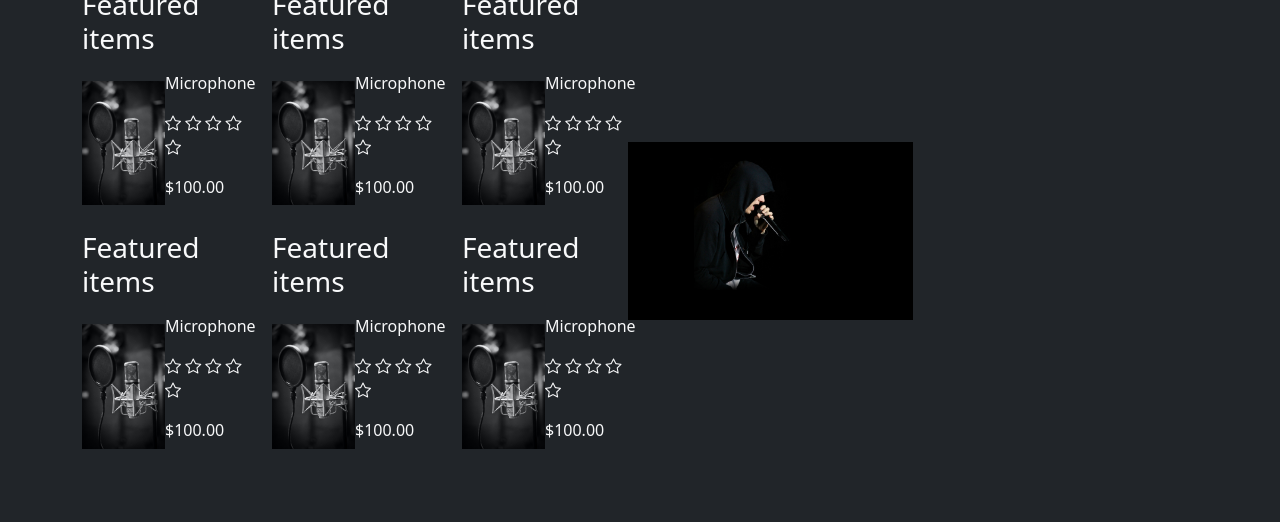
Repository: Eugene44-hub/music-workshop-site
Page: index.html
The author's editor kept a copy of each file at every save. The page is drawn from the files as they stood at one save, then again after the next save.
The browser window is 1280 px wide. The pictures show the part of the page from y = 1393 to 1915 px (the page is 1915 px tall).
A picture or video elsewhere on the page could not be fetched, so the positions and the page height are approximate. Some web libraries are served in a nearby version.

Above is the page before, as saved 2021-10-24 14:34:30.

### index.html
<!DOCTYPE html>
<html lang="en">

<head>
    <meta charset="UTF-8">
    <meta http-equiv="X-UA-Compatible" content="IE=edge">
    <meta name="viewport" content="width=device-width, initial-scale=1.0">
    <title>Document</title>
    <link rel="stylesheet" href="style.css">
    <!-- CSS only -->
    <link href="https://cdn.jsdelivr.net/npm/bootstrap@5.1.3/dist/css/bootstrap.min.css" rel="stylesheet" integrity="sha384-1BmE4kWBq78iYhFldvKuhfTAU6auU8tT94WrHftjDbrCEXSU1oBoqyl2QvZ6jIW3" crossorigin="anonymous">
    <link rel="stylesheet" href="https://cdn.jsdelivr.net/npm/bootstrap-icons@1.6.1/font/bootstrap-icons.css">
</head>

<body class="bg-dark p-md-5 p-3">
    <!-- registeration starts  -->
    <section id="registration">
        <div class="container">
            <div class="d-lg-flex text-white bg-black align-items-center" id="regImg">
                <div id="regText" class="col-md text-center p-5">
                    <h2 id="musicheader" class="text-uppercase fs-2">
                        music workshop </h2>
                    <p class="text-danger"> free Workshop and classes</p>
                    <p class="text-secondary">Website services that aren't tailored to your users create missed oppurtunities. the structure and flow of your website should be logical and</p>
                    <div class="mt-5">
                        <button class="btn btn-danger mx-2">Register Now</button>
                        <button class="btn text-light mx-2"><i class="bi bi-caret-down-fill"></i> PLAY VIDEO</button>
                    </div>
                </div>
                <div class="col-md"> <img src="images/eminem.jpg" alt="" class="img-fluid"></div>

            </div>
        </div>
    </section>
    <!-- registeration ends  -->

    <!-- whats new starts -->
    <section class="text-light">
        <div class="container">
            <h2 id="new" class='text-center text-light fs-3 my-5'>What's new</h2>
            <div class="d-lg-flex row-sm  align-items-stretch">
                <div class="col-sm-6 col-lg m-auto">
                    <img src="images/microphone.jpg" class="img-fluid" alt="">
                </div>
                <div id="protextContain" class=" mx-sm-auto col-sm-6 col-lg py-5 py-lg-0 position-relative d-flex border-top border-danger ms-lg-3 mt-5 mt-lg-0">
                    <div id="proText" class="my-lg-auto ">
                        <h4 class="lead">
                            PRO SILENT <br> SYMPHONY
                        </h4>
                        <small>june 2021 By unik creative</small>
                        <p class="mt-5">site services that <br> aren't tailored</p>
                    </div>
                </div>
                <div class="col-sm-6 col-lg m-auto">
                    <img src="images/microphone.jpg" class="img-fluid" alt="">
                </div>
                <div id=protextContain class="mx-sm-auto col-sm-6 col-lg py-5 py-lg-0 position-relative d-flex border-top border-danger ms-lg-3 mt-5 mt-lg-0">
                    <div id="proText" class="my-lg-auto ">
                        <h4 class="lead">
                            PRO SILENT <br> SYMPHONY
                        </h4>
                        <small>june 2021 By unik creative</small>
                        <p class="mt-5">site services that <br> aren't tailored</p>
                    </div>

                </div>
                <div class="col-sm-6 col-lg m-auto">
                    <img src="images/microphone.jpg" class="img-fluid" alt="">
                </div>

                <div id=protextContain class="mx-sm-auto col-sm-6 col-lg py-5 py-lg-0 position-relative d-flex border-top border-danger ms-lg-3 mt-5 mt-lg-0">
                    <div id="proText" class="my-lg-auto ">
                        <h4 class="lead">
                            PRO SILENT <br> SYMPHONY
                        </h4>
                        <small>june 2021 By unik creative</small>
                        <p class="mt-5">site services that <br> aren't tailored</p>
                    </div>

                </div>
            </div>
        </div>

    </section>
    <!-- whats new ends -->

    <!-- newletter section starts -->
    <section class="text-light ">
        <div class="container">
            <div class="d-lg-flex">
                <div class="col-md bg-danger d-flex p-5 m-auto newsletter">
                    <div class="m-auto">
                        <h2>SUBSCRIBE TO OUR NEWS LETTER</h2>
                        <p>subscribe to our News Letter to get the latest news about our products</p>
                        <input type="text" class="form-control">
                    </div>

                </div>
                <div class="col-md d-flex  p-5 newsletter" id="eminemBack">
                    <div class="m-auto ">
                        <h1 class="text-danger text-center" style="font-size:80px">"</h1>
                        <p class="text-center lead ">Website services that aren't tailored to your users create missed opputunities. The structure and flow of your website should be logical and straightforward
                        </p>
                        <div class="d-flex  align-items-center justify-content-center">
                            <img src="http://randomuser.me/api/portraits/men/4.jpg" class="rounded-circle img-fluid mx-2 " alt="">
                            <div class='mx-2'>
                                <h4>Lung Li</h3>
                                    <small>Singer</small>
                            </div>

                        </div>

                    </div>
                </div>
            </div>
        </div>
    </section>
    <!-- newletter section ends -->

    <!-- items starts-->
    <section class="text-light">
        <div class="container ">
            <div class="d-lg-flex align-items-center col pt-5">
                <div class="row col pt-5">
                    <div class="col-md-4 col-7 col-lg-4 m-auto m-md-0 py-3 pt-md-0 ">
                        <h3 class="mb-5 mb-md-3">Featured items</h3>
                        <div class="d-md-flex align-items-center">
                            <div> <img src="images/microphone.jpg" class="img-fluid" alt=""></div>

                            <div class="col-6">
                                <p>Microphone</p>
                                <p>
                                    <i class="bi bi-star"></i>
                                    <i class="bi bi-star"></i>
                                    <i class="bi bi-star"></i>
                                    <i class="bi bi-star"></i>
                                    <i class="bi bi-star"></i>
                                </p>
                                <p>$100.00</p>
                            </div>

                        </div>

                    </div>

                    <div class="col-md-4 col-7 col-lg-4 m-auto py-3 pt-md-0">
                        <h3 class="mb-5 mb-md-3">Featured items</h3>

                        <div class="d-md-flex align-items-center">
                            <div class="col"> <img src="images/microphone.jpg" class="img-fluid" alt=""></div>

                            <div class="col-6">
                                <p class="">Microphone</p>
                                <p>
                                    <i class="bi bi-star"></i>
                                    <i class="bi bi-star"></i>
                                    <i class="bi bi-star"></i>
                                    <i class="bi bi-star"></i>
                                    <i class="bi bi-star"></i>
                                </p>
                                <p>$100.00</p>
                            </div>

                        </div>
                    </div>
                    <div class="col-md-4 col-7 col-lg-4 m-auto py-3 pt-md-0">
                        <h3 class="mb-5 mb-md-3">Featured items</h3>

                        <div class="d-md-flex align-items-center">
                            <div> <img src="images/microphone.jpg" class="img-fluid" alt=""></div>

                            <div class="col-6">
                                <p>Microphone</p>
                                <p>
                                    <i class="bi bi-star"></i>
                                    <i class="bi bi-star"></i>
                                    <i class="bi bi-star"></i>
                                    <i class="bi bi-star"></i>
                                    <i class="bi bi-star"></i>
                                </p>
                                <p>$100.00</p>
                            </div>
                        </div>
                    </div>

                    <div class="col-md-4 col-7 col-lg-4 m-auto py-3 pt-md-0">
                        <h3 class="mb-5 mb-md-3">Featured items</h3>

                        <div class="d-md-flex align-items-center">
                            <div> <img src="images/microphone.jpg" class="img-fluid" alt=""></div>

                            <div class="col-6">
                                <p>Microphone</p>
                                <p>
                                    <i class="bi bi-star"></i>
                                    <i class="bi bi-star"></i>
                                    <i class="bi bi-star"></i>
                                    <i class="bi bi-star"></i>
                                    <i class="bi bi-star"></i>
                                </p>
                                <p>$100.00</p>
                            </div>

                        </div>

                    </div>

                    <div class="col-md-4 col-7 col-lg-4 m-auto py-3 pt-md-0">
                        <h3 class="mb-5 mb-md-3">Featured items</h3>

                        <div class="d-md-flex align-items-center">
                            <div> <img src="images/microphone.jpg" class="img-fluid" alt=""></div>

                            <div class="col-6">
                                <p>Microphone</p>
                                <p>
                                    <i class="bi bi-star"></i>
                                    <i class="bi bi-star"></i>
                                    <i class="bi bi-star"></i>
                                    <i class="bi bi-star"></i>
                                    <i class="bi bi-star"></i>
                                </p>
                                <p>$100.00</p>
                            </div>

                        </div>


                    </div>

                    <div class="col-md-4 col-7 col-lg-4 m-auto py-3 pt-md-0">
                        <h3 class="mb-5 mb-md-3">Featured items</h3>

                        <div class="d-md-flex align-items-center">
                            <div> <img src="images/microphone.jpg" class="img-fluid" alt=""></div>

                            <div class="col-6">
                                <p>Microphone</p>
                                <p>
                                    <i class="bi bi-star"></i>
                                    <i class="bi bi-star"></i>
                                    <i class="bi bi-star"></i>
                                    <i class="bi bi-star"></i>
                                    <i class="bi bi-star"></i>
                                </p>
                                <p>$100.00</p>
                            </div>

                        </div>

                    </div>
                </div>

                <div class="col">
                    <img src="images/eminem.jpg" class="img-fluid w-50 pt-5 d-none d-lg-block" alt="">
                </div>

            </div>
        </div>


        </div>
    </section>
    <!-- items ends-->

</body>
<!-- JavaScript Bundle with Popper -->
<script src="https://cdn.jsdelivr.net/npm/bootstrap@5.1.3/dist/js/bootstrap.bundle.min.js " integrity="sha384-ka7Sk0Gln4gmtz2MlQnikT1wXgYsOg+OMhuP+IlRH9sENBO0LRn5q+8nbTov4+1p " crossorigin="anonymous "></script>

</html>

### style.css
#musicheader,
#new {
    letter-spacing: 6px
}

.newsletter {
    height: 500px;
}

#eminemBack {
    background-image: url('images/eminem.jpg');
    background-repeat: no-repeat;
    /* background-size: ; */
    background-position-y: center;
    background-position-x: center;
}

After the next save:
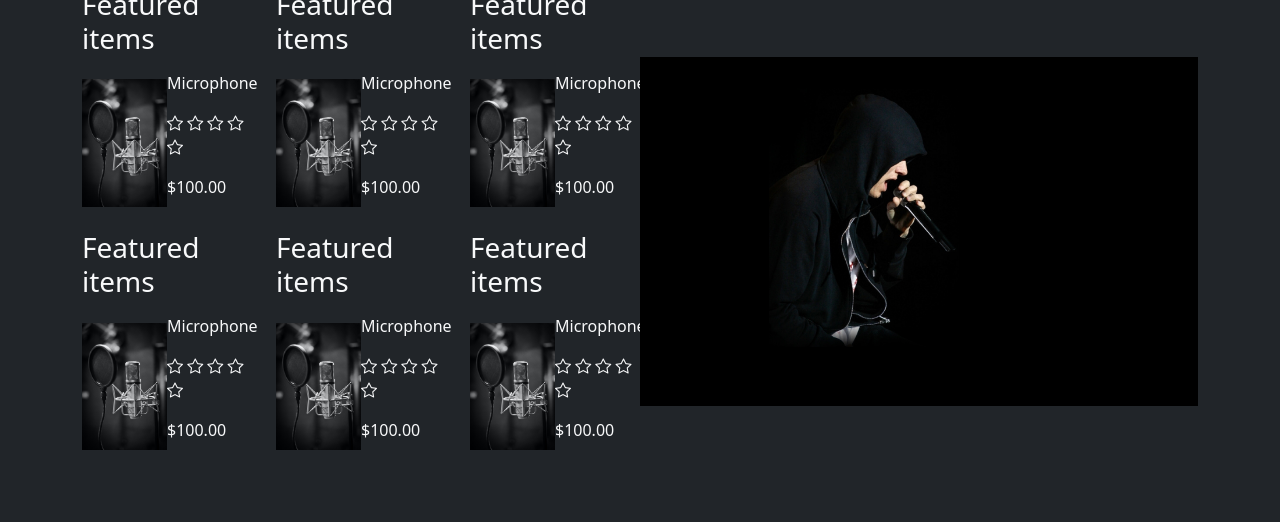
Saved 26 s later.
--- a/index.html
+++ b/index.html
@@ -251,11 +251,11 @@
                     </div>
                 </div>
 
-                <div class="col">
-                    <img src="images/eminem.jpg" class="img-fluid w-50 pt-5 d-none d-lg-block" alt="">
-                </div>
-
-            </div>
+
+                <img src="images/eminem.jpg" class="img-fluid w-50 pt-5 d-none d-lg-block" alt="">
+            </div>
+
+        </div>
         </div>
 
 
